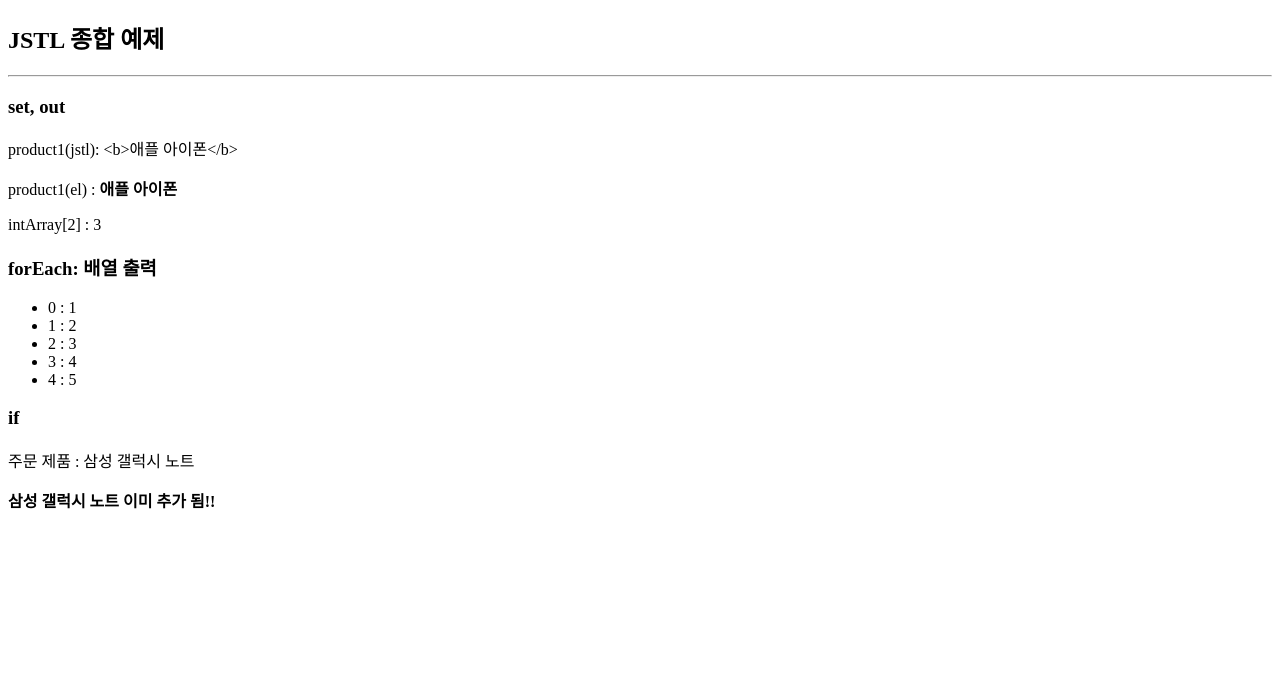
Repository: VvsJaemin/jsp-spring
Page: http://localhost/jwbook/ch07/jstlExam.jsp
An editor plug-in stored every save of this project. The page is shown before and after the next save, followed by the edit.
The browser window is 1280 px wide. The pictures show the whole page.
The page is served by Tomcat 9. Other server files are loaded and not shown.

Above is the page before, as saved 2021-12-20 13:40:57.

### jwbook/src/main/webapp/ch07/jstlExam.jsp
<%@ page language="java" contentType="text/html; charset=UTF-8"
	pageEncoding="UTF-8"%>
<%@ taglib uri="http://java.sun.com/jsp/jstl/core" prefix="c"%>
<!DOCTYPE html>
<html>
<head>
<meta charset="UTF-8">
<title>Insert title here</title>
</head>
<body>
	<h2>JSTL 종합 예제</h2>
	<hr>
	<h3>set, out</h3>
	<c:set var="product1" value="<b>애플 아이폰</b>" />
	<c:set var="product2" value="삼성 갤럭시 노트" />
	<c:set var="intArray" value="${[1,2,3,4,5] }" />

	<p>
		product1(jstl):
		<c:out value="${product1 }" default="Not registered" escapeXml="true"/>
	</p>

	<p>
		product1(el) : ${product1 }
	</p>

	<p>
		intArray[2] : ${intArray[2]}
	</p>

	<h3>forEach: 배열 출력</h3>
	<ul>
		<c:forEach var="num" varStatus="i" items="${intArray }">
			<li>${i.index } : ${num }</li>
		</c:forEach>
	</ul>

	<h3>if</h3>
	<c:set var="checkout" value="true"/>
	<c:if test="${checkout }">
		<p> 주문 제품 : ${product2 }</p>
	</c:if>

	<c:if test="${!checkout }">
		<p>주문 제품이 아님!!</p>
	</c:if>

	<c:if test="${!empty product2 }">
		<b>${product2 } 이미 추가 됨!!</b>
	</c:if>
</body>
</html>

After the next save:
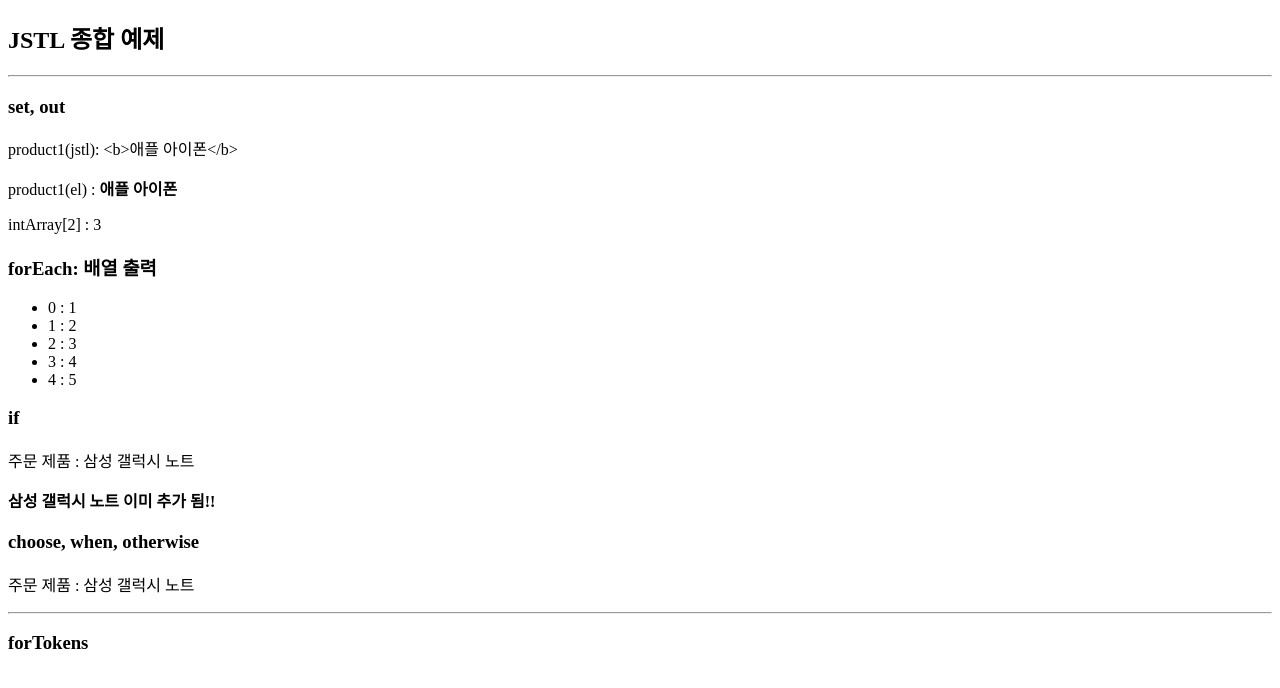
Saved 2 min 58 s later.
--- a/jwbook/src/main/webapp/ch07/jstlExam.jsp
+++ b/jwbook/src/main/webapp/ch07/jstlExam.jsp
@@ -48,5 +48,19 @@
 	<c:if test="${!empty product2 }">
 		<b>${product2 } 이미 추가 됨!!</b>
 	</c:if>
+
+	<h3>choose, when, otherwise</h3>
+	<c:choose>
+		<c:when test="${checkout }">
+			<p>주문 제품 : ${product2 }</p>
+		</c:when>
+		<c:otherwise>
+			<p>주문 제품이 아님!!</p>
+		</c:otherwise>
+	</c:choose>
+	<hr>
+
+	<h3>forTokens</h3>
+	<c:forTokens var="city" items="Seoul|Tokyo|New York|Toronto" delims="|" varStatus="i"></c:forTokens>
 </body>
 </html>
